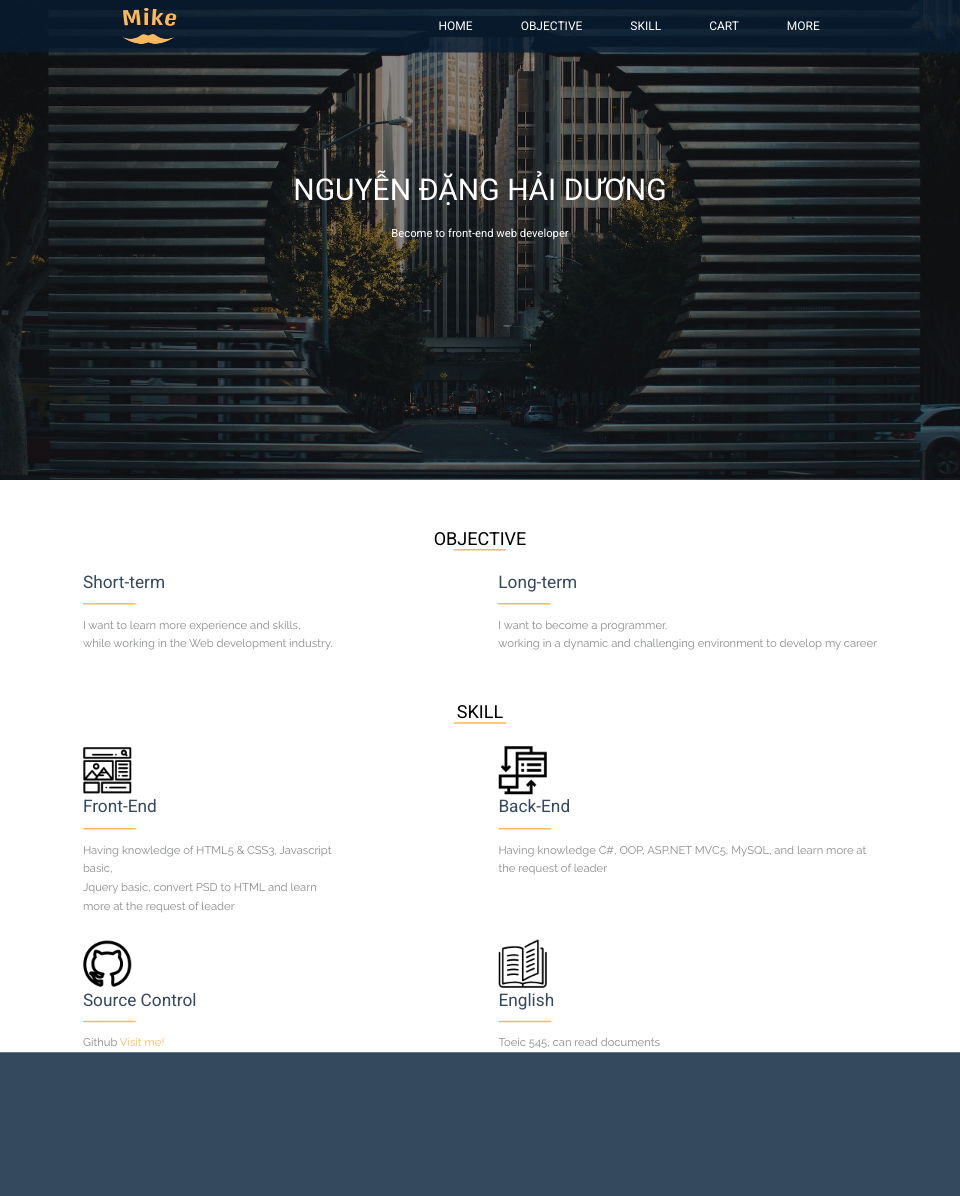
Repository: haiduong7499/Personal-Profile
Page: index.html
These files come from the project's save history. The page is drawn as it stood at one moment and after the next save; the edit follows.
The browser window is 1280 px wide. The pictures show the whole page, at 75% of full size.

Above is the page before, as saved 2021-02-28 23:17:03.

### index.html
<!DOCTYPE html>
<html lang="en">
<head>
    <meta charset="UTF-8">
    <meta http-equiv="X-UA-Compatible" content="IE=edge">
    <meta name="viewport" content="width=device-width, initial-scale=1.0">
    <link rel="stylesheet" href="style/style.css">
    <link rel="stylesheet" href="style/base.css">
    <link rel="preconnect" href="https://fonts.gstatic.com">
    <link rel="preconnect" href="https://fonts.gstatic.com">
    <link rel="preconnect" href="https://fonts.gstatic.com">
    <link href="https://fonts.googleapis.com/css2?family=Raleway&family=Roboto:wght@400;700&display=swap" rel="stylesheet">
    <title>Project</title>
</head>
<body>
    <div id="header">
        <img src="./asset/5c0eefeb-053e-4086-8d42-7e5a35580c82_200x200.png" alt="">
            <ul id="navbar">

                <li><a href="#">Home</a></li>
                <li><a href="#">Objective</a></li>
                <li><a href="#">Skill</a></li>
                <li><a href="#">Cart</a></li>
                <li><a href="#">More</a></li>
            </ul>
    </div>

    <div id="parallax">
        <div class="content-container">
            <h2 class="content-heading">Nguyễn Đặng Hải Dương</h2>
            <p class="content-text">Become to front-end web developer</p>
        </div>
    </div>


    <div id="objective">
        <div class='objective-heading'>
            <h2>
                Objective
                <hr>
            </h2>
        </div>

        <div class='objective-content'>
            <div class="term">
                <h4>Short-term
                    <hr>
                </h4>

                <p>
                    I want to learn more experience and skills,<br>
                    while working in the Web development industry.
                </p>
            </div>
            <div class="term">
                <h4>Long-term
                    <hr>
                </h4>

                <p>
                    I want to become a programmer,<br>
                    working in a dynamic and challenging environment to develop my career
                </p>
            </div>
        </div>
    </div>

    <div id="skills">
        <div class="skills-heading">
            <h2>
                Skill
                <hr>
            </h2>
        </div>

        <div class="skill-content">
            <div class="hard-skill">

                <div class="skill-left skill-front-end">
                    <img src="asset/web-design.png">
                    <h4 class="skills-title">Front-End <hr></h4>
                    <p class="skills-description">Having knowledge of HTML5 & CSS3, Javascript basic,<br> Jquery basic, convert PSD to HTML and learn more at the request of leader</p>
                </div>

                <div class="skill-right skill-back-end">
                    <img src="asset/backend.png">
                    <h4 class="skills-title">Back-End <hr></h4>
                    <p class="skills-description">Having knowledge C#, OOP, ASP.NET MVC5, MySQL, and learn more at the request of leader</p>
                </div>
            </div>

            <div class="soft-skill">

                <div class="skill-left skills-source-control">
                    <img src="asset/github.png">
                    <h4 class="skills-title">Source Control <hr></h4>
                    <p class="skills-description">Github <a href="https://github.com/haiduong7499">Visit me!</a></p>
                </div>

                <div class="skill-right skills-english">
                    <img src="asset/open-book.png">
                    <h4 class="skills-title">English <hr></h4>
                    <p class="skills-description">Toeic 545, can read documents</p>
                </div>

            </div>
        </div>

    </div>

    <div id="bottom">

    </div>
<script src="main.js"></script>
</body>
</html>

### style/style.css
*{
    padding: 0;
    margin: 0;
    box-sizing: border-box;
}
html{
    font-family: 'Roboto', sans-serif;
}
/* Header */
#header {
    display:flex;
    justify-content: space-around;
    height:70px;
    background: rgba(7, 28, 51, 0.8);
    position: fixed;
    top: 0;
    left: 0;
    right: 0;
    z-index: 1;
}
#header img{
    margin: 8px 0;
    width: 84px;
    height: 53px;
}

#navbar li {
    list-style: none;
    line-height: 70px;
    display:inline-block;
}

#navbar li a{
    display: inline-block;
    padding: 0 30px;
    line-height: 70px;
    text-decoration: none;
    color: #fff;
    text-transform: uppercase;
}
#navbar li:hover a{
    color: #fcb85d;
}

#parallax{
    position: relative;
    padding-top:50%;
    background: url(../asset/home-parallax.jpg) top / cover no-repeat;
}
#parallax .content-container{
    position: absolute;
    bottom: 50%;
    width: 100%;
    text-align: center;
    color: #fff;
}
#parallax .content-heading{
    margin-bottom: 25px;
    font-weight: 500;
    font-size: 40px;
    text-transform: uppercase;
}

#parallax .content-text{
    font-size: 15px;
}
#skills,
#objective{
    width: 100%;
}

#skills .skills-heading,
#objective .objective-heading{
    padding-top: 5%;
    text-align: center;
}

#skills .skills-heading>h2,
#objective .objective-heading>h2{
    position: relative;
    font-size: 24px;
    font-weight: 500;
    text-transform: uppercase;
}


h2>hr{
    position: absolute;
    left: 50%;
    transform: translateX(-50%);
    width:70px;
    height: 2px;
    border: none;
    background-color: #fcb85d
}

#objective .objective-content{
    display: flex;
    justify-content: space-around;
    padding-top: 2.5%;
}

h4>hr{
    width: 70px;
    margin: 15px 0;
    height: 2px;
    border: none;
    background-color: #fcb85d
}
.skills-title,
#objective .term>h4{
    text-align: left;
    color: #34495e;
    font-size: 23px;
    font-family: inherit;
    font-weight: 500;
    line-height: 1.1;
}

.skills-description,
#objective .term>p{
    text-align: left;
    font-size:15px;
    font-weight: 400;
    line-height: calc(5/3);
    color: #888a8c;
    font-family: 'Raleway', sans-serif;
}
.soft-skill,
.hard-skill{
    display: flex;
    justify-content: space-around;
    padding-top: 2.5%;
}

.skill-left{
    width: 333px;
}

.skill-right{
    width:505px;
}

.skills-source-control .skills-description>a{
    text-decoration: none;
    color: #fcb85d;
}

#bottom{
    background:#34495e;
    bottom:0;
    padding-top: 15%;
}

### main.js
const paralax = document.querySelector("#parallax");

window.addEventListener("scroll", function() {
    let offset = window.pageYOffset;
    parallax.style.backgroundPositionY = offset*1 + "px"
})

Loaded but not shown: style/base.css (no stored copy; drawn as an empty file)

After the next save:
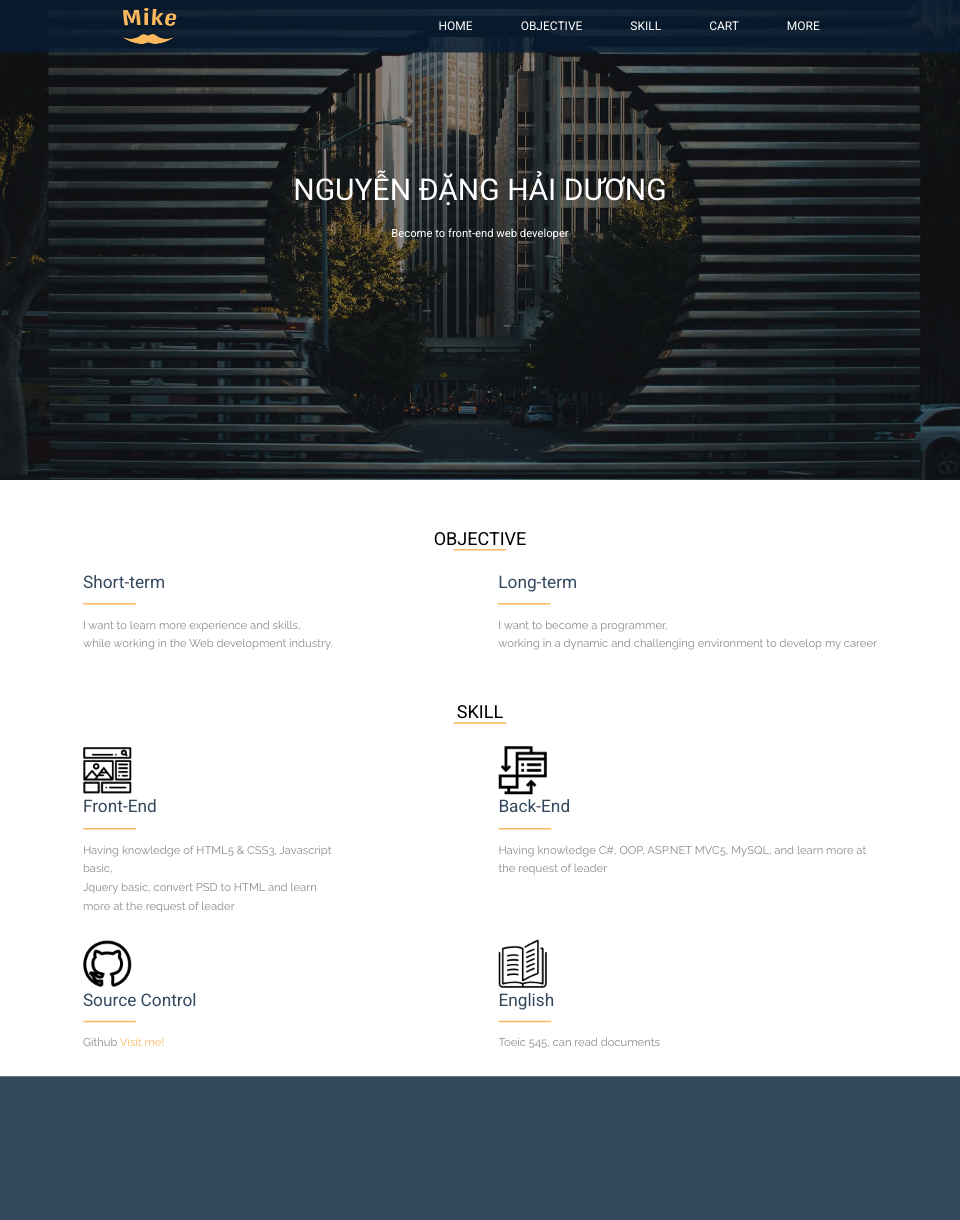
Saved 22 s later.
--- a/style/style.css
+++ b/style/style.css
@@ -149,5 +149,6 @@
 #bottom{
     background:#34495e;
     bottom:0;
+    margin-top:2.5%;
     padding-top: 15%;
 }
